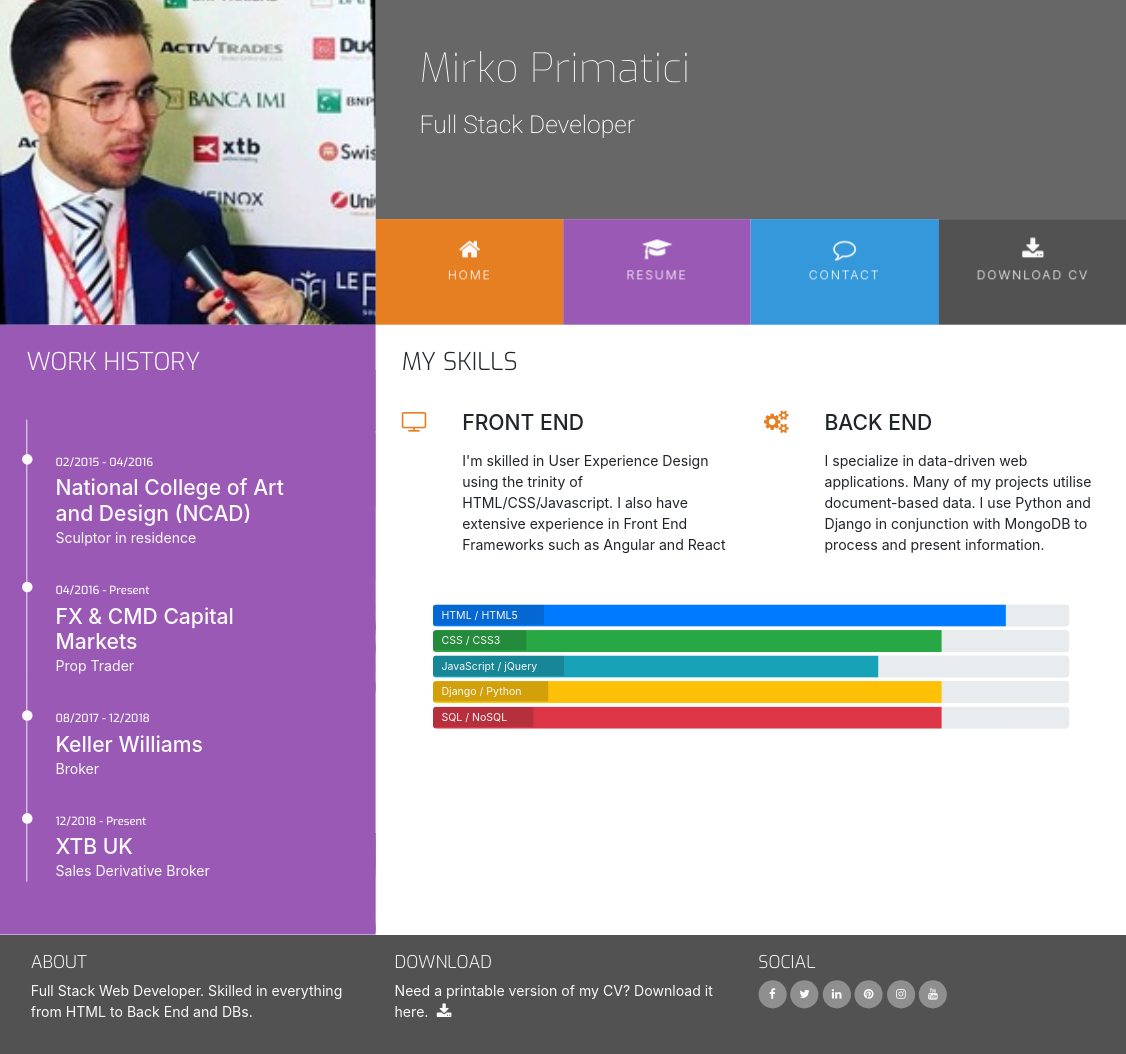
Repository: mirkoprimaticix/Resume
Page: resume.html
The author's editor kept a record of every edit. The page is drawn from the files as they stood at one moment, then again after the next edit.
The browser window is 1280 px wide. The pictures show the whole page, at 88% of full size.
Some web libraries are served in a nearby version.

Above is the page before.
Console error: TypeError: Cannot read properties of undefined (reading 'fn')

After the next edit:
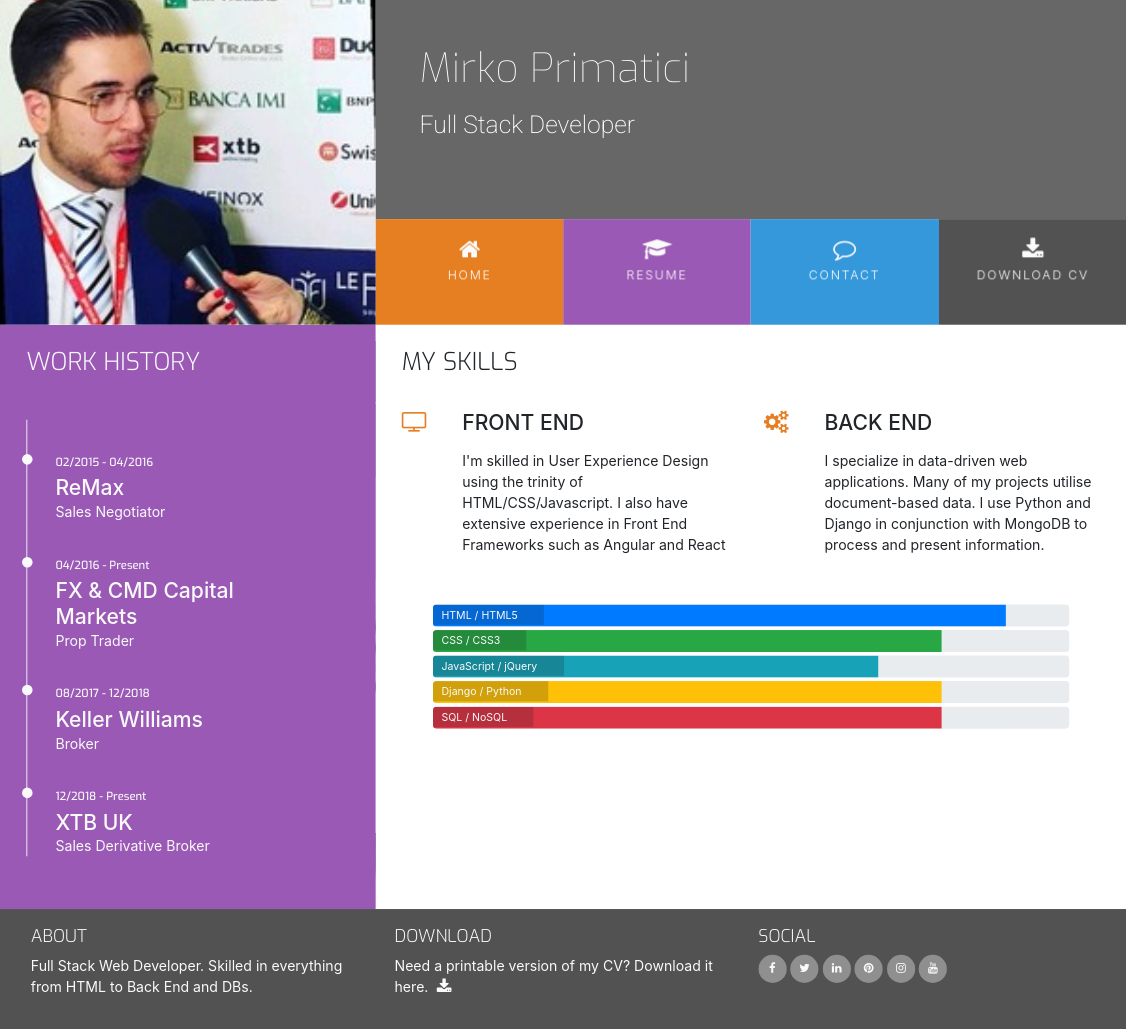
The edit:
--- a/resume.html
+++ b/resume.html
@@ -57,8 +57,8 @@
                 </div>
                 <div class="history-items">
                     <div class="timeline-item" data-dates="02/2015 - 04/2016">
-                        <h4>National College of Art and Design (NCAD)</h4>
-                        <p>Sculptor in residence</p>
+                        <h4>ReMax</h4>
+                        <p>Sales Negotiator</p>
                     </div>
                     <div class="timeline-item" data-dates="04/2016 - Present">
                         <h4>FX & CMD Capital Markets</h4>
